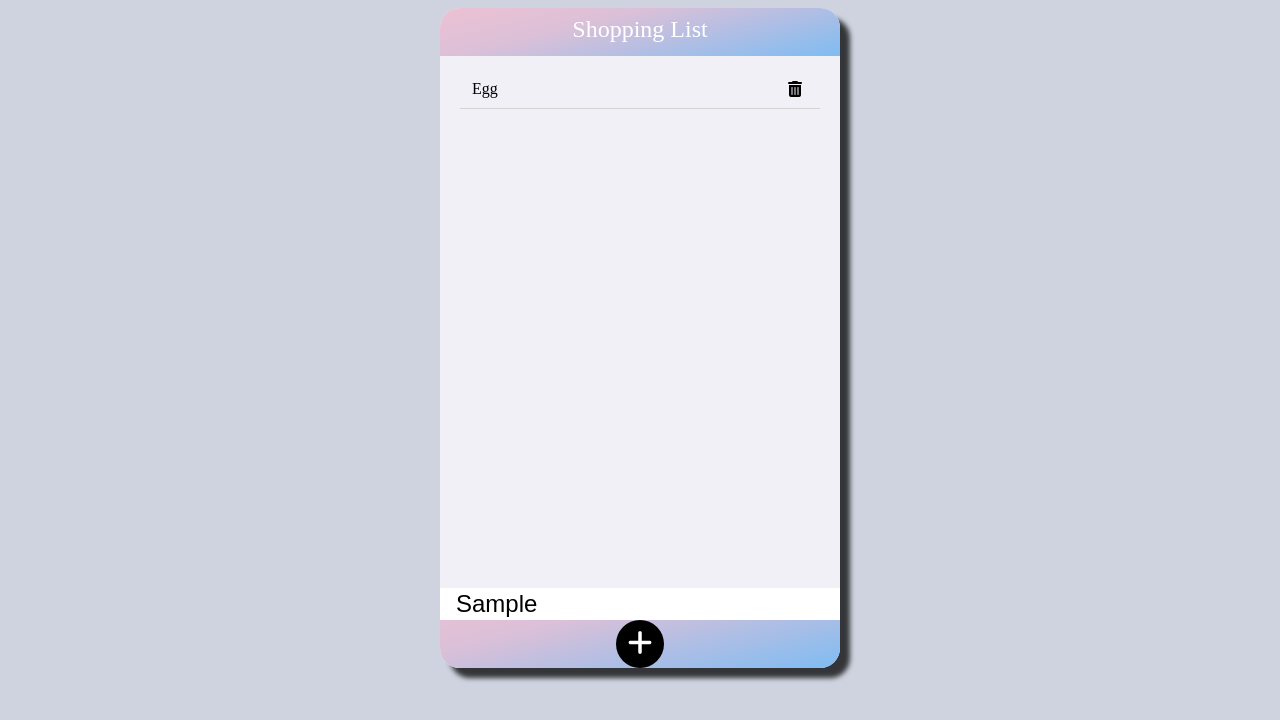
Repository: rumor1993/DreamCoding-Browser101
Page: Chapter05/index.html
These files come from the project's save history. The page is drawn as it stood at one moment and after a run of saves; the edit follows.
The browser window is 1280 px wide. The pictures show the whole page.
Empty fields were first filled with sample values (such as "Sample", 5 or name@example.com).
After loading, the first visible `button.footer-button` was clicked once.
Some web libraries are served in a nearby version.

Above is the page before, as saved 2020-12-30 13:17:23.
Console error: ReferenceError: item is not defined

After the next 2 saves:
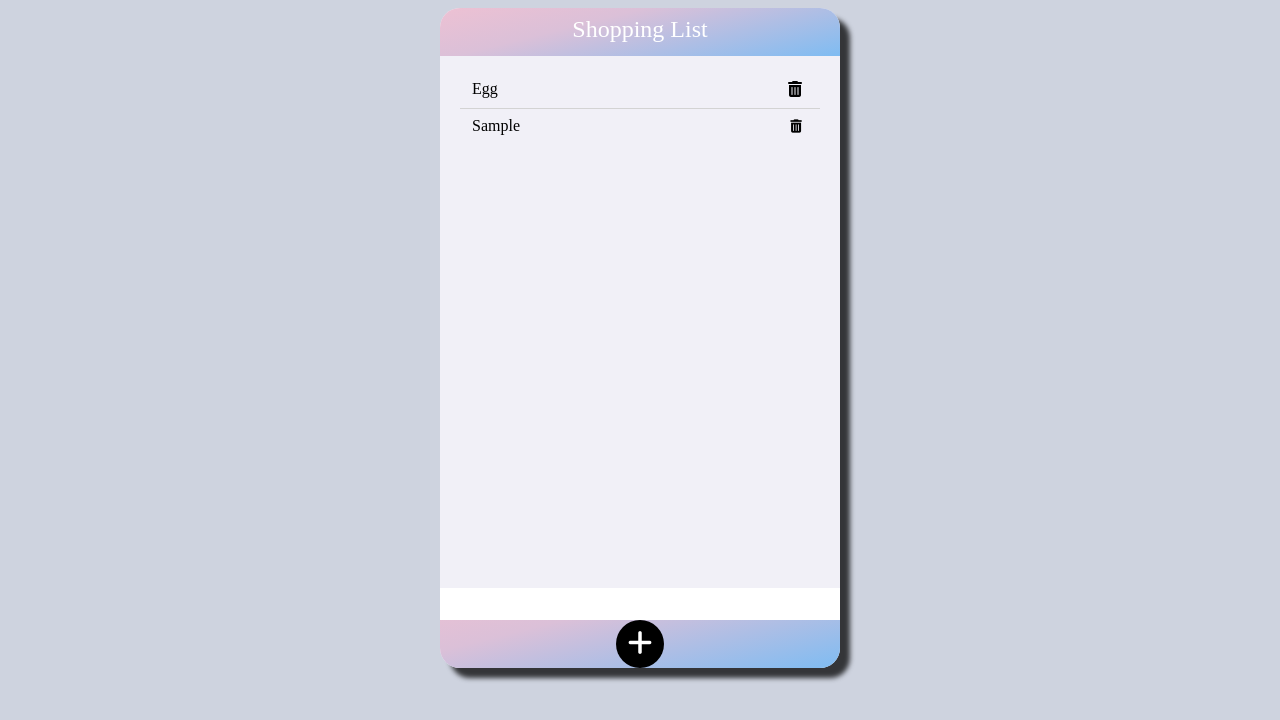
The error is gone.
The 2 saves are shown as one change because they came seconds apart.
The last was saved 42 s later.
--- a/Chapter05/main.js
+++ b/Chapter05/main.js
@@ -10,7 +10,7 @@ function onAdd() {
   // 1. 사용자가 입력한 텍스트를 받아옴
   const text = input.value;
   // 2. 새로운 아이템을 만든다 ( 텍스트 + 삭제 버튼 )
-  const imte = createItem();
+  const item = createItem(text);
   // 3. items 컨테이너안에 새로 만든 아에팀을 추가한다
   items.appendChild(item);
   // 4. 인풋을 초기화 한다.
